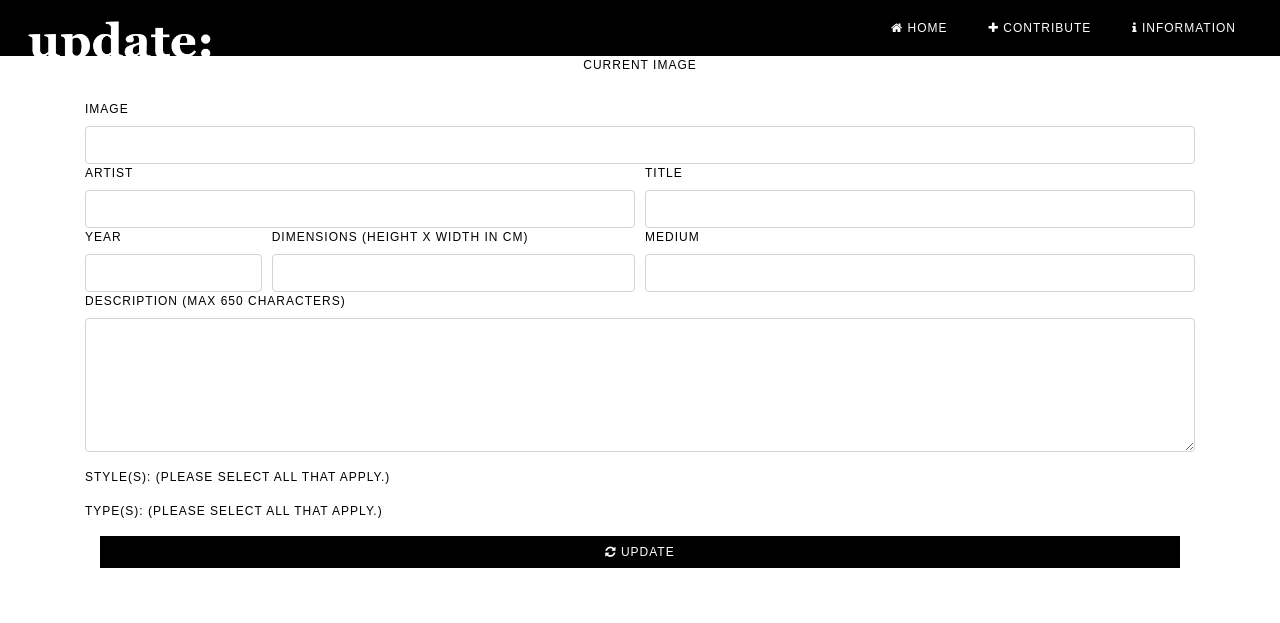
Repository: lynette-lyf/artwork-inventory
Page: templates/edit_artwork.template.html
The author's editor kept a record of every edit. The page is drawn from the files as they stood at one moment, then again after the next edit.
The browser window is 1280 px wide. The pictures show the whole page.
The page is served by the project's application, run on Flask 3 (app.py). The template is opened directly, without the code that normally fills it, so the values that code supplies are empty.

Above is the page before.

After the next edit:
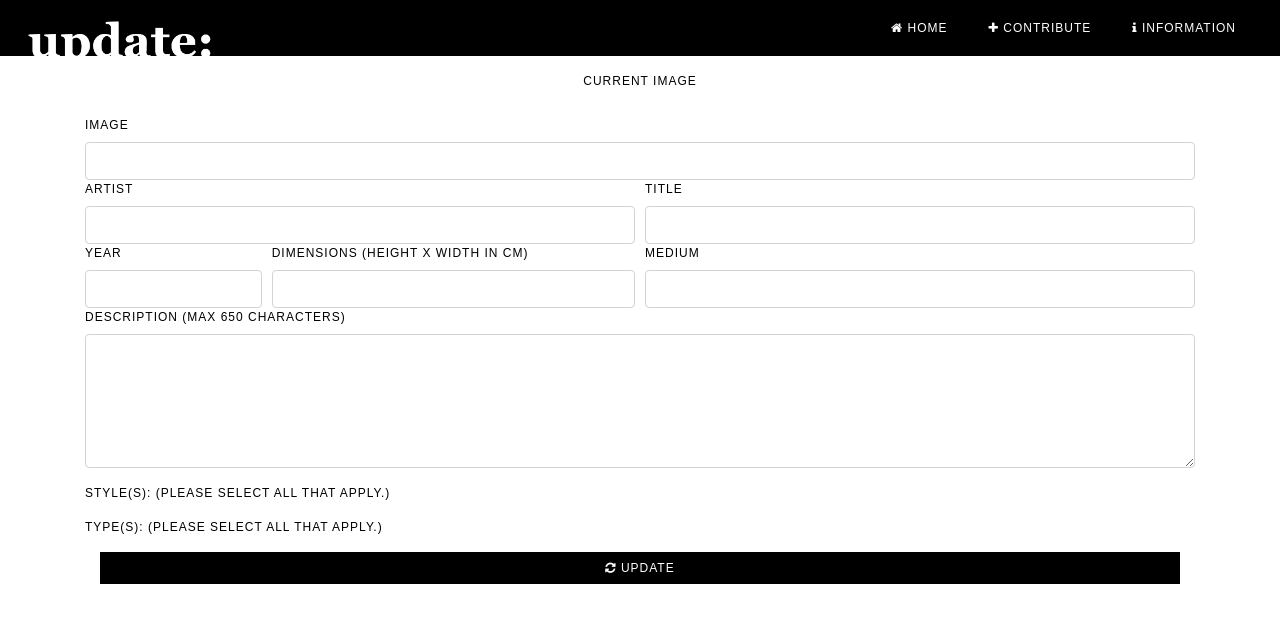
The edit:
--- a/templates/edit_artwork.template.html
+++ b/templates/edit_artwork.template.html
@@ -147,7 +147,7 @@
     <div class='container'>
         <form class='form' method="POST">
           <div class='form-row'>
-              <div class='col-12 text-center'>
+              <div class='col-12 text-center pt-3'>
 
                   <label>Current Image</label><br>
                   <img class='img-fluid' style="max-height:300px; max-width:300px;" src='{{ artworksAndConsigners['image'] }}'>
